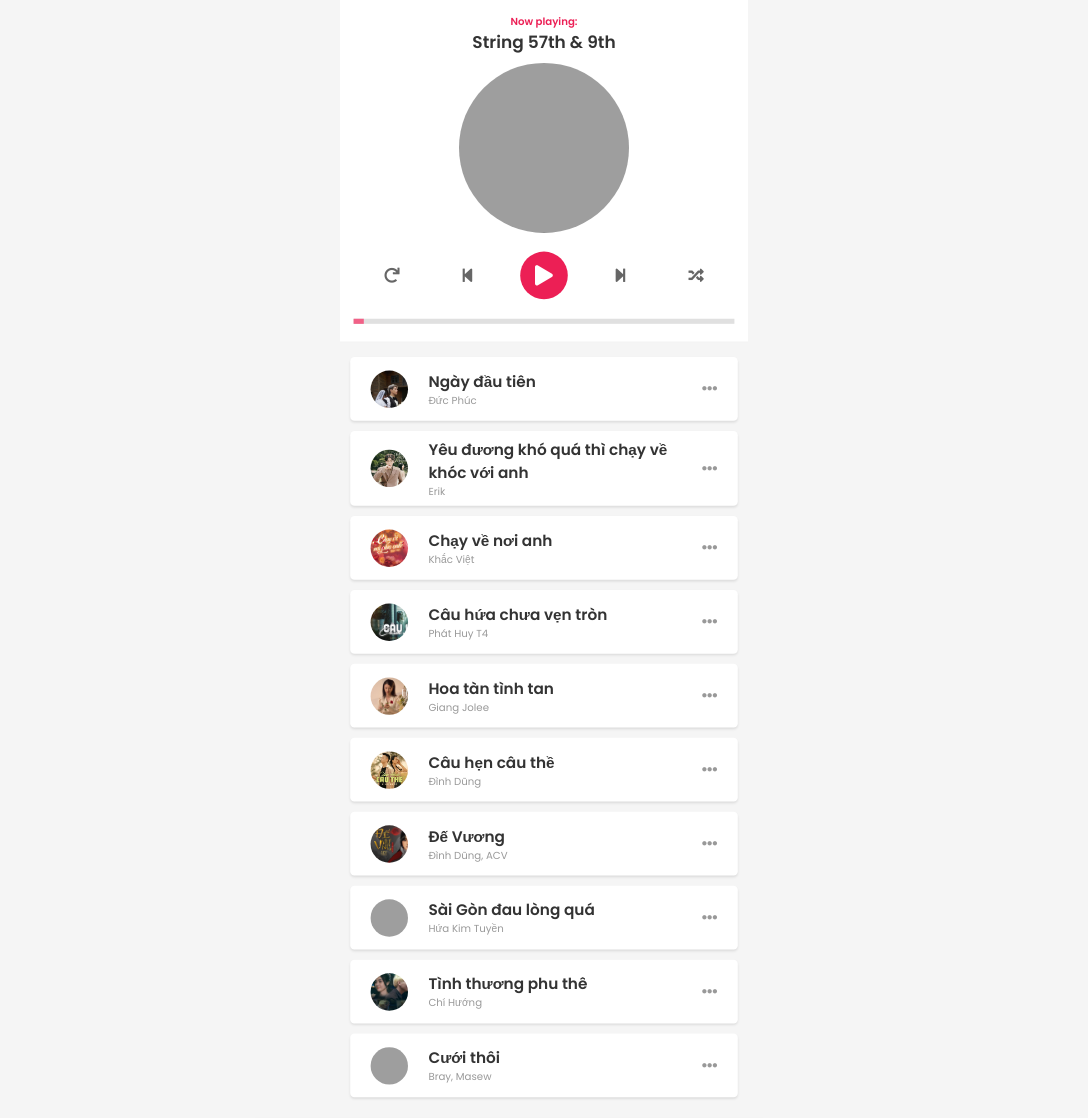
Repository: KienCao2000/demo-music
Page: index.html
The author's editor kept a copy of each file at every save. The page is drawn from the files as they stood at one save, then again after the next save.
The browser window is 1280 px wide. The pictures show the whole page, at 85% of full size.
Pictures or frames that could not be fetched are drawn as grey boxes.

Above is the page before, as saved 2022-02-24 23:33:52.

After the next save:
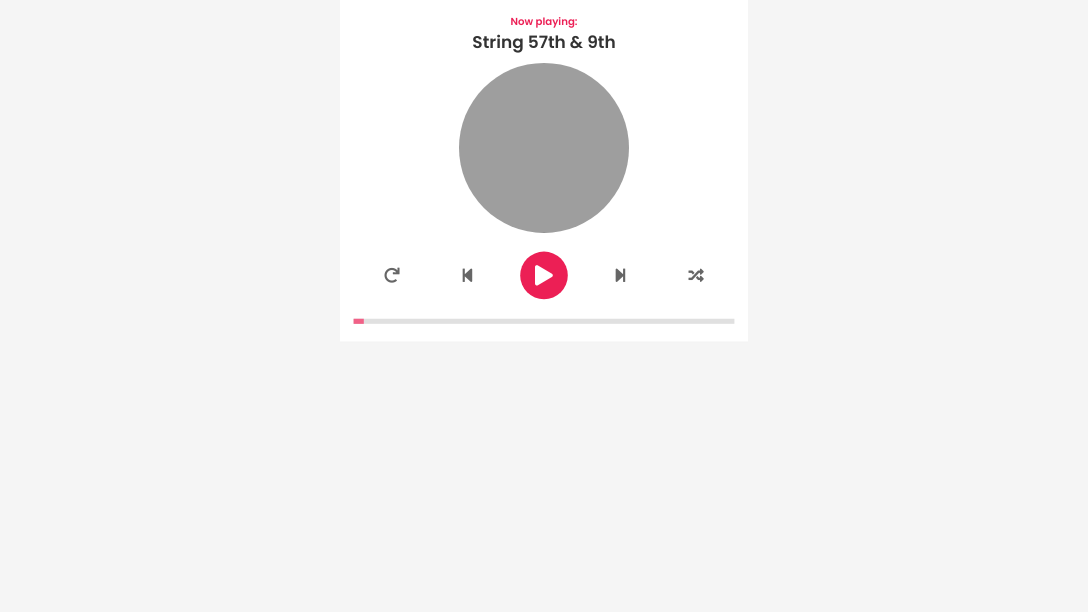
Console error: TypeError: this.songs is not a function
Saved 14 min 22 s later.
--- a/index.html
+++ b/index.html
@@ -176,10 +176,26 @@
 
             }
           },
+          loadCurrentSong: function() {
+            const heading = $('.header h2')
+            const cdThumb = $('.cd-thumb')
+            const audio = $('#audio')
+
+            heading.textContent = this.currentSong.name
+            cdThumb.style.backgroundImage = `url(${this.currentSong.image})`
+            audio.src = this.currentSong.path
+          },
           start: function() {
+            // Định nghĩa các thuộc tính cho object
             this.defineProperties()
+
+            // Lắng nghe / xử lý các sự kiện (DOM Events)
             this.handleEvents()
 
+            // Tải thông tin bài hát đầu tiên vao UI khi chạy ứng dụng
+            this.loadCurrentSong();
+
+            // Render playlist
             this.render()
           }
         }

After the 3 saves that followed:
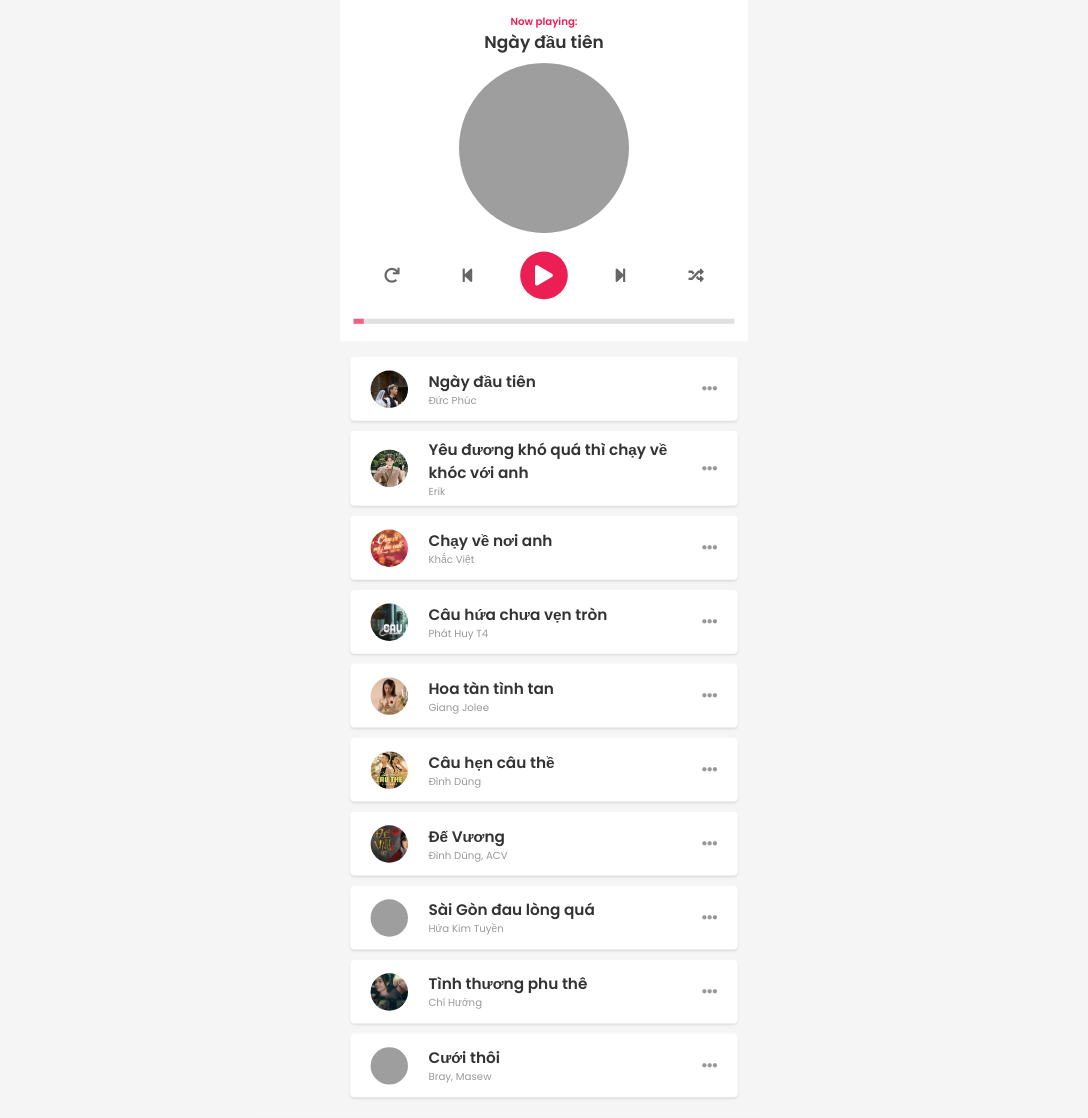
The error is gone.
The 3 saves are shown as one change because 2 left the picture as it was.
The last was saved 2 min 28 s later.
--- a/index.html
+++ b/index.html
@@ -159,7 +159,7 @@
           defineProperties: function() {
             Object.defineProperty(this, 'currentSong', {
               get: function() {
-                return this.songs(this.currentIndex)
+                return this.songs[this.currentIndex]
               }
             })
           },
@@ -177,13 +177,15 @@
             }
           },
           loadCurrentSong: function() {
-            const heading = $('.header h2')
+            const heading = $('header h2')
             const cdThumb = $('.cd-thumb')
             const audio = $('#audio')
 
             heading.textContent = this.currentSong.name
             cdThumb.style.backgroundImage = `url(${this.currentSong.image})`
             audio.src = this.currentSong.path
+
+            console.log(heading, cdThumb, audio)
           },
           start: function() {
             // Định nghĩa các thuộc tính cho object
